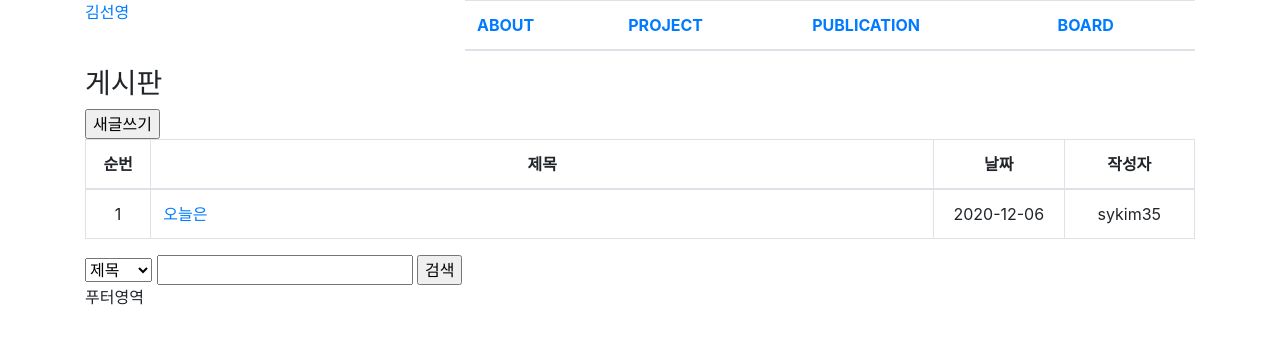
Repository: supremest35/web-projects
Page: http://localhost/noticeboard/board/list.jsp?pno=1
The author's editor kept a copy of each file at every save. The page is drawn from the files as they stood at one save, then again after the next save.
The browser window is 1280 px wide. The pictures show the whole page.
The page is served by Tomcat 9. Other server files are loaded and not shown.

Above is the page before, as saved 2020-12-06 04:09:59.

### noticeboard/WebContent/board/list.jsp
<%@ page language="java" contentType="text/html; charset=UTF-8"
    pageEncoding="UTF-8"%>
<!DOCTYPE html>
<html lang="ko">
<head>
  <title>Bootstrap 4 Example</title>
  <meta charset="utf-8">
  <meta name="viewport" content="width=device-width, initial-scale=1">
  <link rel="stylesheet" href="https://maxcdn.bootstrapcdn.com/bootstrap/4.5.2/css/bootstrap.min.css">
  <script src="https://ajax.googleapis.com/ajax/libs/jquery/3.5.1/jquery.min.js"></script>
  <script src="https://cdnjs.cloudflare.com/ajax/libs/popper.js/1.16.0/umd/popper.min.js"></script>
  <script src="https://maxcdn.bootstrapcdn.com/bootstrap/4.5.2/js/bootstrap.min.js"></script>
</head>
<body>
<div class="container">
	<div class="row">
		<div class="col-2"><a href="index.jsp">김선영</a></div>
		<div class="col-2"></div>
		<div class="col-8">
			<table class="table">
				<thead>
					<tr>
						<th><a href="">ABOUT</a></th>
						<th><a href="">PROJECT</a></th>
						<th><a href="">PUBLICATION</a></th>
						<th><a href="board/list.jsp">BOARD</a></th>
					</tr>
				</thead>
			</table>
		</div>
	</div>
	<div class="row">
		<div class="col-12">
			<h3>게시판</h3>
			<input type="button" value="새글쓰기" name="new" />
		</div>
		<div class="col-12">
			<div class="table">
				<table class="table table-bordered table-hover">
					<thead>
						<tr>
							<th style="width: 50px; text-align: center;">순번</th>
							<th style="width: 600px; text-align: center;">제목</th>
							<th style="width: 100px; text-align: center;">날짜</th>
							<th style="width: 100px; text-align: center;">작성자</th>
						</tr>
					</thead>
					<tbody>
						<tr>
							<td style="width: 50px; text-align: center;">1</td>
							<td style="width: 600px;"><a href="">오늘은</a></td>
							<td style="width: 100px; text-align: center;">2020-12-06</td>
							<td style="width: 100px; text-align: center;">sykim35</td>
						</tr>
					</tbody>
				</table>
			</div>
		</div>
		<div class="col-12 text-align">
			<form action="search.jsp">
				<select name="searchType">
					<option value="제목">제목</option>
					<option value="작성자">작성자</option>
				</select>
				<input type="text" name="keyword" />
				<input type="submit" value="검색" />
			</form>
		</div>
	</div>
	<div class="row">
		<div class="col-12">푸터영역</div>
	</div>
</div>
</body>
</html>

After the next save:
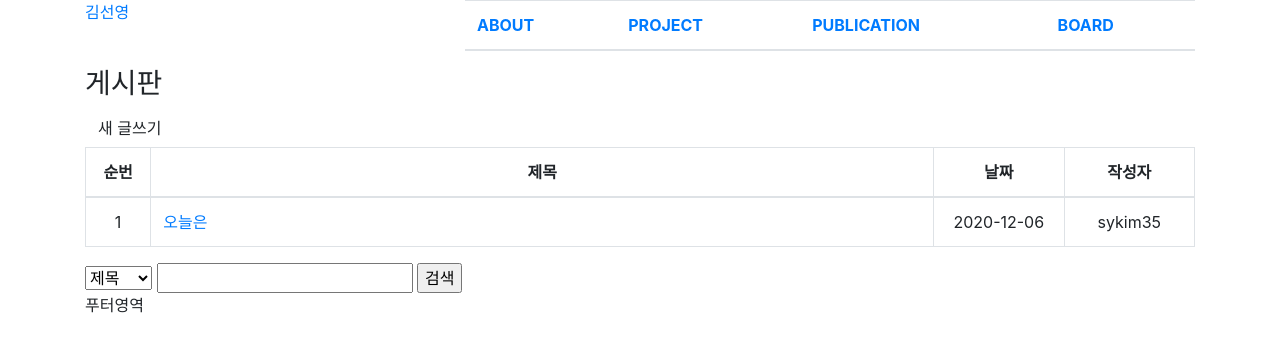
Saved 70 s later.
--- a/noticeboard/WebContent/board/list.jsp
+++ b/noticeboard/WebContent/board/list.jsp
@@ -32,7 +32,7 @@
 	<div class="row">
 		<div class="col-12">
 			<h3>게시판</h3>
-			<input type="button" value="새글쓰기" name="new" />
+			<a href="" class="btn">새 글쓰기</a>
 		</div>
 		<div class="col-12">
 			<div class="table">
